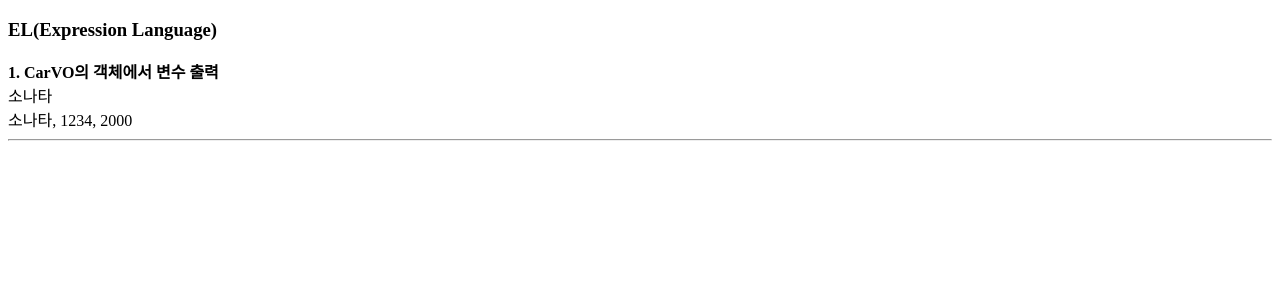
Repository: dhalfks/jsp_230602
Page: http://localhost/jstl_study/step1.jsp
An editor plug-in stored every save of this project. The page is shown before and after the next save, followed by the edit.
The browser window is 1280 px wide. The pictures show the whole page.
The page is served by Tomcat 9.

Above is the page before, as saved 2023-05-09 05:48:19.

After the next save:
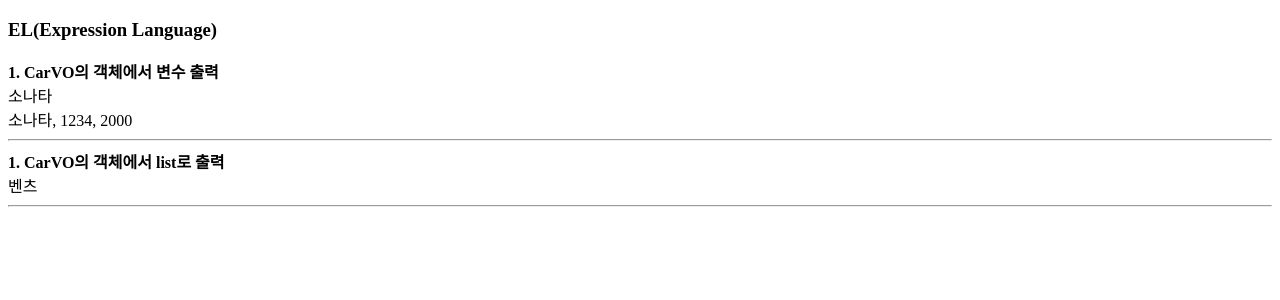
Saved 3 min 23 s later.
--- a/jstl_project/jstl_study/src/main/webapp/step1.jsp
+++ b/jstl_project/jstl_study/src/main/webapp/step1.jsp
@@ -32,9 +32,12 @@
 	<!-- 리스트로 변수 출력 -->
 	<%
 		ArrayList<CarVO> list = new ArrayList<CarVO>();
-
+		list.add(new CarVO("4567","벤츠",5000));
+		session.setAttribute("carList", list);
 	%>
-
+	<strong>1. CarVO의 객체에서 list로 출력</strong> <br>
+	${sessionScope.carList[0].name }<br>
+	<hr>
 
 
 </body>
